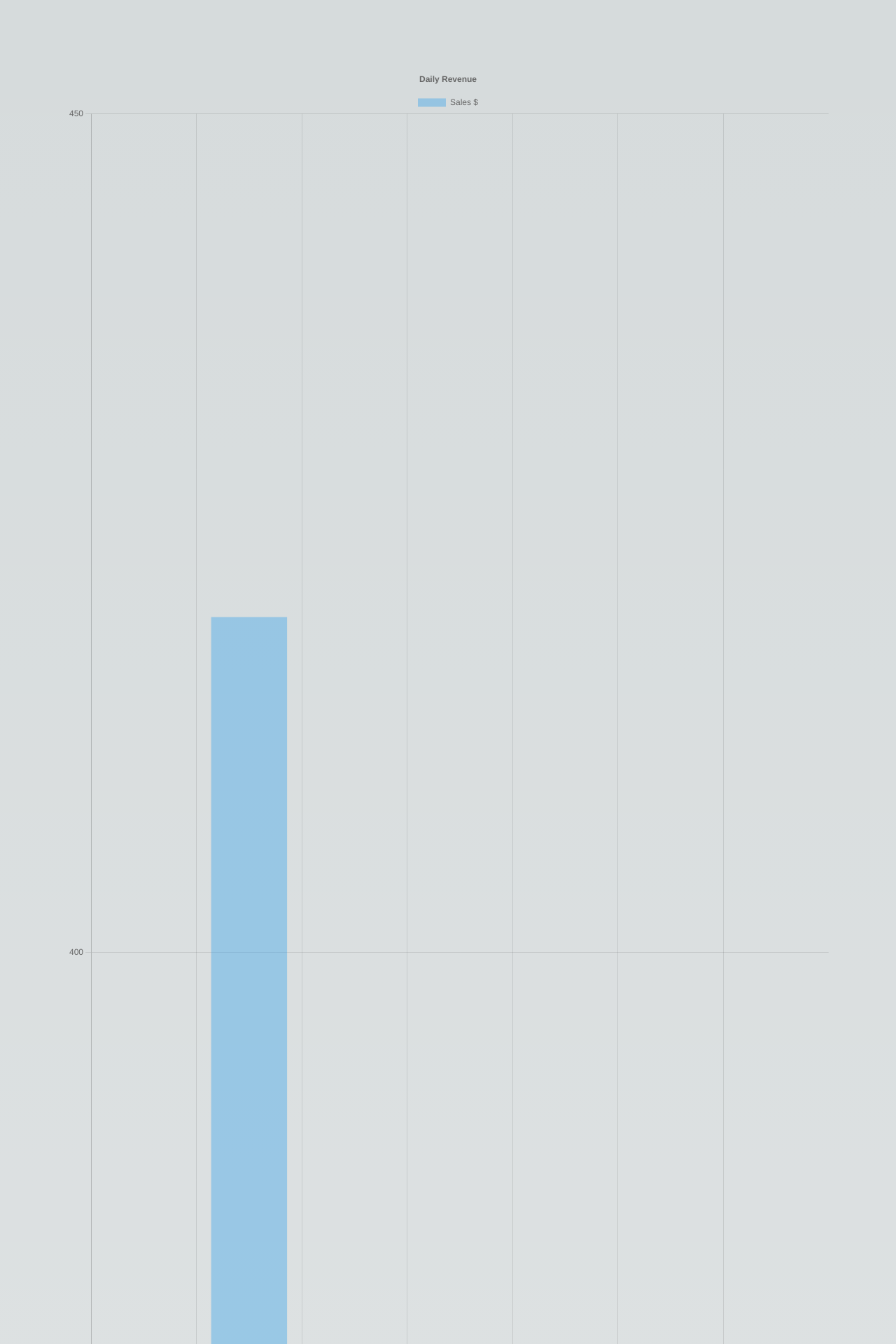
Repository: alemunden/exercise-5
Page: /
These files come from the project's save history. The page is drawn as it stood at one moment and after the next save; the edit follows.
The browser window is 1280 px wide. The pictures show the part of the page from y = 0 to 1920 px (the page is 11616 px tall before and 736 px after), at 70% of full size.
The project was rebuilt for these pictures with package versions that can differ from the ones it lists, and the page was loaded fresh each time. The framework's server and built-in components were replaced by stand-ins that run in the browser. Also part of the build but not shown: next.config.js.

Above is the page before, as saved 2024-04-15 10:27:02.

### pages/index.js
import styles from '@/styles/Home.module.css'
import VerticalChart from '@/components/VerticalChart'
import HorizontalChart from '@/components/HorizontalChart'

export default function Home() {
  return (
    <>
      <main className={`${styles.main}`}>
        <VerticalChart/>
        <HorizontalChart/>
      </main>
    </>
  )
}

### components/VerticalChart/index.js
import styles from './VerticalChart.module.css'
import { Bar, Line } from 'react-chartjs-2'
import {
    Chart as ChartJS,
    CategoryScale,
    LinearScale,
    BarElement,
    Title,
    Tooltip,
    Legend
} from 'chart.js'
import { useEffect, useState } from 'react'

ChartJS.register(
    CategoryScale,
    LinearScale,
    BarElement,
    Title,
    Tooltip,
    Legend
)

export default function VerticalChart() {
    const [chartData, setChartData] = useState({
        datasets: []
    })
    const [chartOptions, setChartOptions] = useState({});
    useEffect(() => {
        setChartData({
            labels: ["Sun", "Mon", "Tue", "Wed", "Thu", "Fri", "Sat"],
            datasets: [
                {
                    label: 'Sales $',
                    data: [69, 420, 200],
                    borderColor: 'rgb(53,162,235)',
                    backgroundColor: 'rgba(53,162,235,0.4)'
                }
            ]
        })
        setChartOptions({
            plugins: {
                legend: {
                    position: 'top'
                },
                title: {
                    display: true,
                    text: "Daily Revenue"
                }
            },
            maintainAspectRatio: false,
            responsive: true
        })
    }, [])
    return(
        <>
            <Bar data={chartData} options={chartOptions} style={{width: '500px', height: '300px'}} />
        </>
    )
}

### components/HorizontalChart/index.js
import styles from './HorizontalChart.module.css'
import { Bar, Line } from 'react-chartjs-2'
import {
    Chart as ChartJS,
    CategoryScale,
    LinearScale,
    BarElement,
    Title,
    Tooltip,
    Legend
} from 'chart.js'
import { useEffect, useState } from 'react'

ChartJS.register(
    CategoryScale,
    LinearScale,
    BarElement,
    Title,
    Tooltip,
    Legend
)

export default function HorizontalChart() {
    const [chartData, setChartData] = useState({
        datasets: []
    })
    const [chartOptions, setChartOptions] = useState({});
    useEffect(() => {
        setChartData({
            labels: ["Sun", "Mon", "Tue", "Wed", "Thu", "Fri", "Sat"],
            datasets: [
                {
                    label: 'Data 1',
                    data: [69, 420, 200],
                    borderColor: 'rgb(53,162,235)',
                    backgroundColor: 'rgba(53,162,235,0.4)'
                },
                {
                    label: 'Data 2',
                    data: [69, 420, 200],
                    borderColor: 'rgb(53,162,235)',
                    backgroundColor: 'rgba(53,162,235,0.4)'
                },
                {
                    label: 'Data 3',
                    data: [69, 420, 200],
                    borderColor: 'rgb(53,162,235)',
                    backgroundColor: 'rgba(53,162,235,0.4)'
                }
            ]
        })
        setChartOptions({
            indexAxis: 'y',
            plugins: {
                legend: {
                    position: 'top'
                },
                title: {
                    display: true,
                    text: "Daily Revenue"
                }
            },
            maintainAspectRatio: true,
            responsive: true
        })
    }, [])
    return(
        <>
            <Bar data={chartData} options={chartOptions} style={{width: '500px', height: '300px'}} />
        </>
    )
}

Loaded but not shown: pages/_app.js (common file); pages/_document.js (common file); styles/globals.css (common file); styles/Home.module.css (common file); components/HorizontalChart/HorizontalChart.module.css (no stored copy; drawn as an empty file); components/VerticalChart/VerticalChart.module.css (no stored copy; drawn as an empty file)

After the next save:
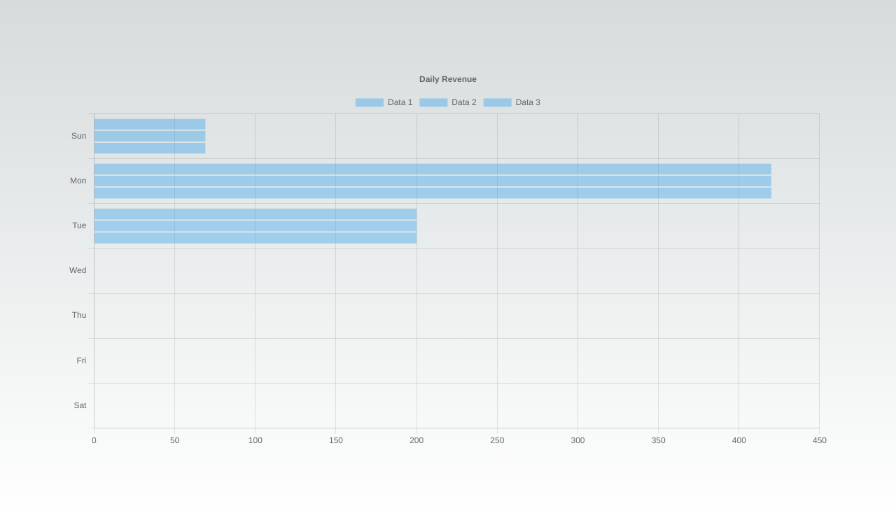
Saved 70 s later.
--- a/pages/index.js
+++ b/pages/index.js
@@ -6,7 +6,6 @@ export default function Home() {
   return (
     <>
       <main className={`${styles.main}`}>
-        <VerticalChart/>
         <HorizontalChart/>
       </main>
     </>
